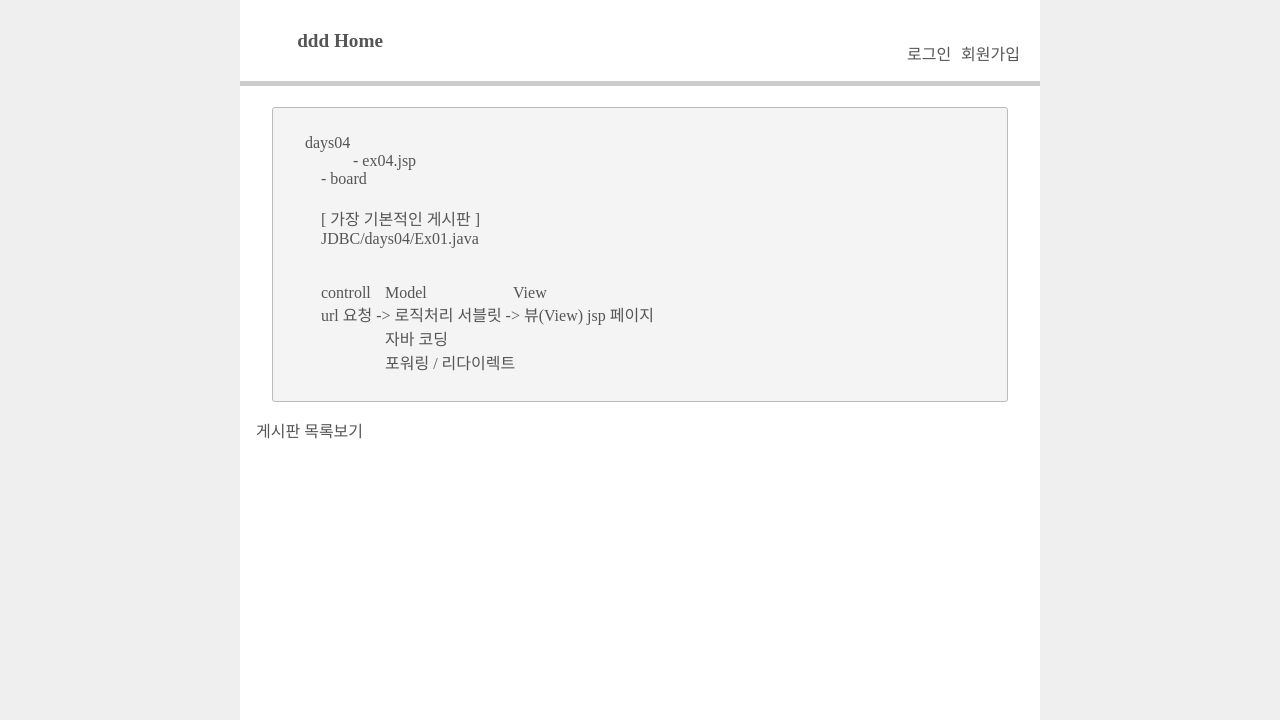
Repository: Deneb0000/JSP
Page: http://localhost/jspPro/days04/ex04.jsp
These files come from the project's save history. The page is drawn as it stood at one moment and after the next save; the edit follows.
The browser window is 1280 px wide. The pictures show the whole page.
Some web fonts or font styles are not loaded; a fallback is used. The page is served by Tomcat 9. Other server files are loaded and not shown.

Above is the page before, as saved 2024-10-18 06:59:59.

### jspPro/src/main/webapp/days04/ex04.jsp
<%@ page contentType="text/html; charset=UTF-8" pageEncoding="UTF-8"%>
<%@ taglib prefix="c" uri="http://java.sun.com/jsp/jstl/core" %>
<!DOCTYPE html>
<html>
<head>
<meta charset="UTF-8">
<title>Insert title here</title>
<link rel="shortcut icon" type="image/x-icon" href="http://localhost/jspPro/images/SiSt.ico">
<script src="https://ajax.googleapis.com/ajax/libs/jquery/3.7.1/jquery.min.js"></script>
<meta name="viewport" content="width=device-width, initial-scale=1.0">
<meta name="google" content="notranslate">
<link rel="stylesheet" href="http://localhost/jspPro/resources/cdn-main/example.css">
<script src="http://localhost/jspPro/resources/cdn-main/example.js"></script>
<style>
 span.material-symbols-outlined{
    vertical-align: text-bottom;
 }
</style>
</head>
<body>
<header>
  <h1 class="main"><a href="#" style="position: absolute;top:30px;">ddd Home</a></h1>
  <ul>
    <li><a href="#">로그인</a></li>
    <li><a href="#">회원가입</a></li>
  </ul>
</header>
<div>
  <xmp class="code">
    days04
		- ex04.jsp
    	- board

   	[ 가장 기본적인 게시판 ]
   	JDBC/days04/Ex01.java


   	controll	Model			View
   	url 요청 -> 로직처리 서블릿 -> 뷰(View) jsp 페이지
   			자바 코딩
   			포워링 / 리다이렉트
  </xmp>
  <a href="/jspPro/cstvsboard/list.htm">게시판 목록보기</a>

</div>
</body>
</html>

### jspPro/src/main/webapp/resources/cdn-main/example.css
@charset "UTF-8";

@import url('https://fonts.googleapis.com/css2?family=Material+Symbols+Outlined:opsz,wght,FILL,GRAD@20..48,100..700,0..1,-50..200');

@font-face {
    font-family: 'GmarketSansMedium';
    src: url('https://cdn.jsdelivr.net/gh/projectnoonnu/noonfonts_2001@1.1/GmarketSansMedium.woff') format('woff');
    font-weight: normal;
    font-style: normal;
}

:root {
	--text-color: #555;
	--sub-text-color: #777;
	--back-color: #EFEFEF;
	--header-color: #444;
	--primary-color: #DEDEDE;
	--secondary-color: #EFEFEF;
	--default-width: 800px;
	--narrow-width: 500px;
	--wide-width: 1200px;
	--text-font: 'GmarketSansMedium';
	--icon-font: 'Material Symbols Outlined';
	--border-color: #CCC;
}

html, body {
	margin: 0;
	padding: 0;
}

html {
	background-color: var(--back-color);
	display: flex;
	justify-content: center;
	min-height: 100vh;
}

body, body.default {
	width: var(--default-width);
	background-color: white;
	padding-bottom: 120px;
}

body.wide {
	width: var(--wide-width);
}

body.narrow {
	width: var(--narrow-width);
}



body, p, div, span, a, input, select, option, textarea, button, table, th, td, label, fieldset, legend {
	font-family: var(--text-font);
	color: var(--text-color);
}

h1, h2, h3 {
	font-family: var(--text-font);
	color: var(--header-color);
	padding: 0 1rem;
	padding-top: .5rem;
}

div > h1, div > h2, div > h3 {
	padding: 0;
}

body > div, body > main > div {
	padding: 0.3rem 1rem;
}


h1 { font-size: 2rem; border-bottom: 1px solid var(--border-color); }
h1 small { font-size: 1.2rem; color: var(--sub-text-color); }
h2 { font-size: 1.5rem; border-bottom: 1px dashed var(--border-color); }
h2 small { font-size: 1.1rem; color: --sub-text-color; }
h3 { font-size: 1.2rem; }
h3 small { font-size: 1rem; color: --sub-text-color; }



h1.main::before {
	font-family: var(--icon-font);
  	content: '\e666';
  	margin-right: 10px;
  	float: left;
	font-size: 2.5rem;
}

h1.sub::before {
	font-family: var(--icon-font);
  	content: '\ea19';
  	margin-right: 10px;
  	float: left;
	font-size: 2.5rem;
}


h1.page::before {
	font-family: var(--icon-font);
  	content: '\e0e0';
  	margin-right: 10px;
  	float: left;
	font-size: 2.5rem;
}

body > header > ul > li > .active{
	background-color: #FFF;
	color:#F00;
}

body > header {
	display: flex;
	justify-content: space-between;
	border-bottom: 5px solid var(--border-color);
	min-height: 74px;
	background-color: #FFF;
}

body > header.sticky {
	position: sticky;
	top: 0;
	z-index: 98;
}

body > header > h1 {
	font-size: 1.2rem;
	border: 0;
}

body > header.in > h1::before {
	font-family: var(--icon-font);
  	content: '\e332‥';
  	margin-right: 3px;
  	float: left;
	font-size: 2rem;
}


body > header > ul {
	list-style-type: none;
	display: flex;
	align-items: flex-end;
	margin-right: 10px;
}

body > header > ul > li {
	margin-right: 10px;
	cursor: pointer;
}

body > header > ul > li > a {
	cursor: pointer;
}


form {
	display: block;
}

form > div {
	padding: 0.3rem 1rem;
}

div > form > div {
	padding: 0.3rem 0;
}

input, textarea, button, select {
	border: 1px solid #BBB;
	border-radius: 3px;
	outline: none;
	resize: none;
	padding: 7px;
	margin: 0;
}

input[type=text]:read-only, textarea:read-only {
	cursor: not-allowed;
	background-color: #FFF;
}

input[type=text]:disabled, textarea:disabled {
	cursor: not-allowed;
	background-color: #EEE;
}

input[type=text], input[type=password], textarea, button, select {
	/* width: 300px; */
}

textarea {
	display: block;
	height: 100px;
}

input[type=button], input[type=submit], button {
	/* width: inherit; */
}

input.short, textarea.short, button.short, select.short {
	width: 100px;
}

input.long, textarea.long, button.long, select.long {
	width: 350px;
}

.narrow input.long, .narrow textarea.long, .narrow button.long, .narrow select.long {
	width: calc(100% - 20px);
}

input.full, textarea.full, button.full, select.full {
	width: calc(100% - 20px);
}

textarea.short {
	height: 50px;
}

textarea.long {
	height: 100px;
}

textarea.full {
	height: 200px;
}

input, textarea {
	padding-top: 8px;
}

input[type=button], input[type=submit], button {
	padding: 5px 10px;
	background-color: var(--secondary-color);
	cursor: pointer;
	min-height: 36px;
}

input[type=button].primary, input[type=submit].primary, button.primary {
	/* background-color: rgba(100, 149, 237, .2); */
	background-color: var(--primary-color);
}

input[type=button].primary:hover, input[type=submit].primary:hover, button.primary:hover {
	/* background-color: rgba(100, 149, 237, .3); */
	background-color: var(--secondary-color);
}

input[type=button]:hover, input[type=submit]:hover, button:hover {
	background-color: var(--primary-color);
}

button {
	position: relative;
	left: 0;
	top: 0;
	padding-left: 35px;
}

button .material-symbols-outlined {
	position: absolute;
	left: 10px;
	top: 4px;
}

/* k2nik add */
button.login::before {
	font-family: var(--icon-font);
  	content: '\ea77';
	position: absolute;
	left: 11px;
	top: 4px;
	font-size: 1.25rem;
}

/* k2nik logout */
button.logout::before {
	font-family: var(--icon-font);
  	content: '\e9ba';
	position: absolute;
	left: 11px;
	top: 4px;
	font-size: 1.25rem;
}

/* k2nik help */
button.help::before {
	font-family: var(--icon-font);
  	content: '\f1c0';
	position: absolute;
	left: 11px;
	top: 4px;
	font-size: 1.25rem;
}

button.add::before{
	font-family: var(--icon-font);
  	content: '\e746';
	position: absolute;
	left: 11px;
	top: 4px;
	font-size: 1.25rem;
}

button.back::before {
	font-family: var(--icon-font);
  	content: '\e166';
	position: absolute;
	left: 11px;
	top: 4px;
	font-size: 1.25rem;
}

button.list::before {
	font-family: var(--icon-font);
  	content: '\e0ee';
	position: absolute;
	left: 11px;
	top: 4px;
	font-size: 1.25rem;
}


button.del::before {
	font-family: var(--icon-font);
  	content: '\e872';
	position: absolute;
	left: 11px;
	top: 4px;
	font-size: 1.25rem;
}


button.edit::before {
	font-family: var(--icon-font);
  	content: '\e745';
	position: absolute;
	left: 11px;
	top: 4px;
	font-size: 1.25rem;
}


button.login::before {
	font-family: var(--icon-font);
  	content: '\ea77';
	position: absolute;
	left: 11px;
	top: 4px;
	font-size: 1.25rem;
}


button.logout::before {
	font-family: var(--icon-font);
  	content: '\e9ba';
	position: absolute;
	left: 11px;
	top: 4px;
	font-size: 1.25rem;
}


button.in::before {
	font-family: var(--icon-font);
  	content: '\f71a';
	position: absolute;
	left: 11px;
	top: 4px;
	font-size: 1.25rem;
}


button.out::before {
	font-family: var(--icon-font);
  	content: '\f70e';
	position: absolute;
	left: 11px;
	top: 4px;
	font-size: 1.25rem;
}


button.reply::before {
	font-family: var(--icon-font);
  	content: '\e15e';
	position: absolute;
	left: 11px;
	top: 4px;
	font-size: 1.25rem;
}


button.comment::before {
	font-family: var(--icon-font);
  	content: '\e0b9';
	position: absolute;
	left: 11px;
	top: 4px;
	font-size: 1.25rem;
}


button.modal::before {
	font-family: var(--icon-font);
  	content: '\e89e';
	position: absolute;
	left: 11px;
	top: 4px;
	font-size: 1.25rem;
}


button.ok::before {
	font-family: var(--icon-font);
  	content: '\e86c';
	position: absolute;
	left: 11px;
	top: 4px;
	font-size: 1.25rem;
}


button.cancel::before {
	font-family: var(--icon-font);
  	content: '\e5c9';
	position: absolute;
	left: 11px;
	top: 4px;
	font-size: 1.25rem;
}

button.search::before {
	font-family: var(--icon-font);
  	content: '\e8b6';
	position: absolute;
	left: 11px;
	top: 4px;
	font-size: 1.25rem;
}

button.home::before {
	font-family: var(--icon-font);
  	content: '\e88a';
	position: absolute;
	left: 11px;
	top: 4px;
	font-size: 1.25rem;
}


button.sidebar::before {
	font-family: var(--icon-font);
  	content: '\f7e4';
	position: absolute;
	left: 11px;
	top: 4px;
	font-size: 1.25rem;
}


button.sidebar-right::before {
	font-family: var(--icon-font);
  	content: '\f7e5';
	position: absolute;
	left: 11px;
	top: 4px;
	font-size: 1.25rem;
}




button::before {
	font-family: var(--icon-font);
  	content: '\e323';
	position: absolute;
	left: 11px;
	top: 4px;
	font-size: 1.25rem;
}


table {
	border-collapse: collapse;
	margin: 1rem;
	box-sizing: border-box;
	width: calc(100% - 32px);
}

table.content {
	width: auto;
}

div > table {
	margin: 0;
}

table th, table td {
	border: 1px solid var(--border-color);
	padding: 7px;
	font-weight: normal;
}

table th {
	background-color: var(--back-color);
}

table.vertical th {
	width: 150px;
}

table.vertical td {
	width: calc(100% - 182px);
	padding-left: 10px;
}

table.content td, table.content th {
	width: auto;
}

body.narrow table.vertical th {
	width: 100px;
}

body.narrow table.vertical td {
	width: calc(100% - 182px);
}


table + table {
	margin-top: 30px;
}


p {
	padding: 0 1rem;
}

a {
	text-decoration: none;
}

a:hover {
	color: rgba(255, 99, 71, .7);
}

hr {
	border: 0;
	border-top: 1px solid var(--border-color);
	margin: 2rem 0;
}

.message {
	border: 1px solid var(--border-color);
	background-color: #EFEFEF;
	margin: 1rem;
	width: auto;
	padding-top: 10px;
	padding-bottom: 10px;
	font-size: 14px;
}

.message[title]::before {
	content: attr(title);
	display: block;
	border-bottom: 1px solid var(--border-color);
	padding-bottom: 5px;
	margin-bottom: 10px;
	margin-top: 7px;
}

.message.short {
	max-width: 250px;
}

.message.long {
	max-width: 500px;
}

.badge {
	float: right;
	font-size: .8rem;
	margin-top: 2px;
	margin-right: 2px;
	text-shadow: 0 0 7px gray;
}

.badge.left {
	float: none;
	margin-left: 2px;
}

.badge.right {
	float: right;
}

.badge.red {
	border-radius: 50%;
	padding: 2px 5px;
	background-color: rgb(255, 99, 71, .3);
}

.badge.yellow {

	border-radius: 50%;
	padding: 2px 5px;
	background-color: rgb(255, 215, 0, .5);
}

.badge.blue {
	border-radius: 50%;
	padding: 2px 5px;
	background-color: rgb(100, 149, 237, .3);
}

label + label {
	margin-left: 7px;
}

label input[type=checkbox], label input[type=radio] {
	transform: translate(0, 1px);
}

.group {
	display: flex;
}

.modal-content .group {
	margin-bottom: .5rem;
}

.group label {
	border: 1px solid #BBB;
	border-radius: 3px;
	outline: none;
	resize: none;
	padding: 7px 14px;
	margin: 0;
	border-top-right-radius: 0;
	border-bottom-right-radius: 0;
	background-color: #EFEFEF;
	white-space: nowrap;
	font-size: 14px;
}

.group input[type=text] {
	margin-left: -1px;
	border-top-left-radius: 0;
	border-bottom-left-radius: 0;
}

.group select {
	margin-left: -1px;
	border-top-left-radius: 0;
	border-bottom-left-radius: 0;
}

.group input.full[type=text] {
	margin-left: -1px;
	border-top-left-radius: 0;
	border-bottom-left-radius: 0;
	width: 100%;
}

.group input[type=button]:first-child, .group button:first-child {
	border-top-left-radius: 3px;
	border-bottom-left-radius: 3px;
	margin-left: 0px;
}

.group input[type=button], .group button {
	border-radius: 0;
	margin-left: -1px;
}

.group input[type=button]:last-child, .group button:last-child {
	margin-left: -1px;
	border-top-right-radius: 3px;
	border-bottom-right-radius: 3px;
}

.seperate {
	display: flex;
	justify-content: space-between;
}

div.list {
	width: max-content;
	margin: 1rem;
	border: 1px solid #BBB;
	border-radius: 3px;
	padding: 0;
}

div.list.full {
	width: auto;
	display: block;
	margin: 1rem;
	border: 1px solid #BBB;
	border-radius: 3px;
	padding: 0;
}

div.list > div {
	padding: .5rem 1rem;
	margin: 0;
	border-bottom: 1px solid #BBB;
}

div.list > div:last-child {
	border-bottom: 0;
}

pre.code , xmp.code{
	font-family: consols;
	background-color: rgba(150, 150, 150, .1);
	border: 1px solid #BBB;
	border-radius: 3px;
	padding: .5rem 1rem;
	padding-bottom: .6rem;
	margin: 1rem;
}




*[data-modal-window] {
	position: fixed;
	background-color: rgba(0, 0, 0, .3);
	left: 0;
	top: 0;
	display: none;
	justify-content: center;
	align-items: flex-start;
	width: 100%;
	min-height: 100vh;
	z-index: 100;
	opacity: 0;
	transition: 500ms all;
}

*[data-modal-window] .modal-container {
	border-radius: 5px;
	padding: 1rem;
	padding-bottom: .5rem;
	margin-top: -500px;
	opacity: 0;
	width: 500px;
	background-color: #FFF;
	margin-right: 2rem;
	transition: 500ms all;
}

*[data-modal-size=content] .modal-container {
	width: auto;
}

*[data-modal-size=narrow] .modal-container {
	width: 300px;
}

*[data-modal-size=wide] .modal-container {
	width: 760px;
}


*[data-modal-window] .modal-header {
	border-bottom: 1px solid var(--border-color);
	padding: 2px 5px;
}

*[data-modal-window] .modal-content {
	padding: 1rem 5px;
}

*[data-modal-window] .modal-content div:last-child {
	margin-top: 1rem;
	text-align: right;
}



*[data-sidebar-window] {
	position: fixed;
	background-color: #FFF;
	left: 0;
	top: 0;
	display: block;
	width: 300px;
	border-right: 1px solid var(--border-color);
	box-sizing: border-box;
	box-shadow: 0 0 3px var(--back-color);
	min-height: 100vh;
	z-index: 99;
	transform: translate(-300px, 0);
	transition-duration: 500ms;
	transition-property: transform;
}

*[data-sidebar-direction=right] {
	left: auto;
	right: 0;
	transform: translate(300px, 0);
	border-left: 1px solid var(--border-color);
}

*[data-sidebar-size=wide] {
	width: 500px;
	transform: translate(-500px, 0);
}

*[data-sidebar-window] .sidebar-title {
	border-bottom: 1px solid var(--border-color);
	margin-top: 20px;
	margin-bottom: 20px;
	padding-bottom: 5px;
	display: flex;
	justify-content: space-between;
}

*[data-sidebar-window] .sidebar-title span:last-child {
	cursor: pointer;
}


/* K2Nik pagination */
.center {
  text-align: center;
}

.pagination {
  display: inline-block;
}

.pagination a {
  color: black;
  float: left;
  padding: 3px 6px;
  text-decoration: none;
  transition: background-color .3s;
  border: 1px solid #ddd;
  margin: 0 3px;
}

.pagination a.active {
  background-color: #4CAF50;
  color: white;
  border: 1px solid #4CAF50;
}

.pagination a:hover:not(.active) {background-color: #ddd;}

### jspPro/src/main/webapp/resources/cdn-main/example.js

window.onload = () => {

    const list = document.querySelectorAll('input, textarea');

    list.forEach(item => {
        item.setAttribute('autocomplete', 'off');
    });


    const modal_btn_list = document.querySelectorAll('*[data-modal-button]');

    modal_btn_list.forEach(item => {
        item.onclick = function() {

            const name = this.dataset['modalButton'];
            const modal_window = document.querySelector('*[data-modal-window=' + name);

            const container = document.createElement('div');
            container.className = 'modal-container';



            const modal_header = document.createElement('div');
            modal_header.textContent = modal_window.dataset['modalTitle'];
            modal_header.className = 'modal-header';
            container.appendChild(modal_header);

            const modal_content = document.createElement('div');
            modal_content.className = 'modal-content';
            container.appendChild(modal_content);

            Array.from(modal_window.childNodes).forEach(item => {
                modal_content.appendChild(item);
            });

            modal_window.appendChild(container);

            modal_window.style.display = 'flex';

            setTimeout(() => {
                modal_window.style.opacity = 1;
                container.style.marginTop = '20px';
                container.style.opacity = 1;
            }, 50);


            const modal_ok = document.querySelector('*[data-modal-ok=' + name);
            modal_ok.addEventListener('click', function() {
                modal_window.style.opacity = 0;
                container.style.marginTop = '-500px';
                container.style.opacity = 0;

                setTimeout(() => {
                    modal_window.innerHTML = modal_content.innerHTML;
                    modal_window.style.display = 'none';
                }, 500);

            });

            const modal_cancel = document.querySelector('*[data-modal-cancel=' + name);
            modal_cancel.addEventListener('click', function() {

                modal_window.style.opacity = 0;
                container.style.marginTop = '-500px';
                container.style.opacity = 0;

                setTimeout(() => {
                    modal_window.innerHTML = modal_content.innerHTML;
                    modal_window.style.display = 'none';
                }, 500);
            });


        };
    });


    const sidebar_btn_list = document.querySelectorAll('*[data-sidebar-button]');

    sidebar_btn_list.forEach(item => {
        item.onclick = function() {



            const name = this.dataset['sidebarButton'];
            const sidebar_window = document.querySelector('*[data-sidebar-window=' + name);

            if (sidebar_window.style.transform == 'translate(0px, 0px)') return;



            sidebar_window.style.transform = 'translate(0, 0)';

            const sidebar_title = document.createElement('div');
            sidebar_title.className = 'sidebar-title';
            sidebar_title.innerHTML = '<span>' + sidebar_window.dataset['sidebarTitle'] + '</span><span class="material-symbols-outlined">close</span>';

            sidebar_title.children[1].onclick = function() {

                let sign = 1;
                let distance = 300;

                if (sidebar_window.dataset['sidebarDirection'] != 'right') {
                    sign = -1;
                } else {
                    sign = 1;
                }

                if (sidebar_window.dataset['sidebarSize'] != 'wide') {
                    distance = 300;
                } else {
                    distance = 500;
                }

                distance *= sign;

                sidebar_window.style.transform = 'translate(' + distance + 'px, 0)';

                setTimeout(function() {
                    sidebar_window.removeChild(sidebar_window.children[0]);
                }, 500);
            };


            sidebar_window.prepend(sidebar_title);

        }
    });

};

// window.onkeydown = function(event) {

//     if (event.keyCode == 27) {
//         if (document.querySelector('[data-modal-window').style.display == 'flex') {
//             document.querySelector('[data-modal-window').style.display = 'none';
//         }
//     }

// };

After the next save:
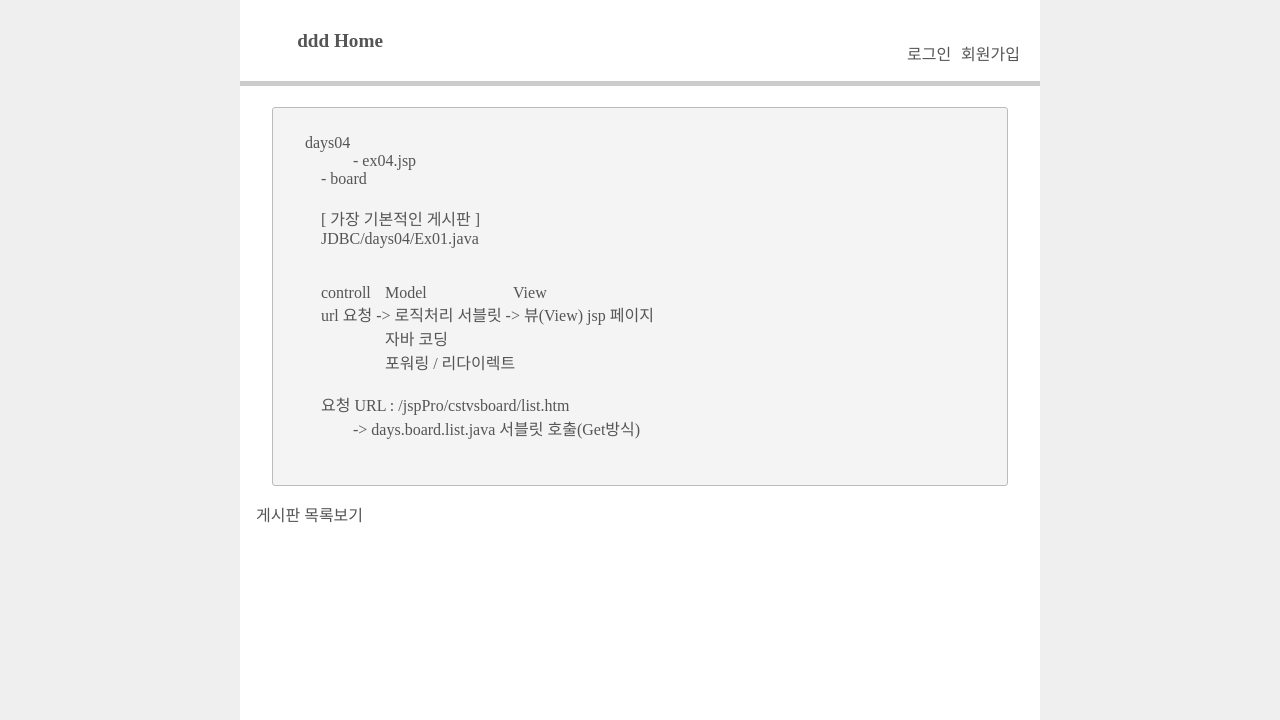
Saved 52 s later.
--- a/jspPro/src/main/webapp/days04/ex04.jsp
+++ b/jspPro/src/main/webapp/days04/ex04.jsp
@@ -39,6 +39,10 @@
    	url 요청 -> 로직처리 서블릿 -> 뷰(View) jsp 페이지
    			자바 코딩
    			포워링 / 리다이렉트
+
+	요청 URL : /jspPro/cstvsboard/list.htm
+		-> days.board.list.java 서블릿 호출(Get방식)
+
   </xmp>
   <a href="/jspPro/cstvsboard/list.htm">게시판 목록보기</a>
 
